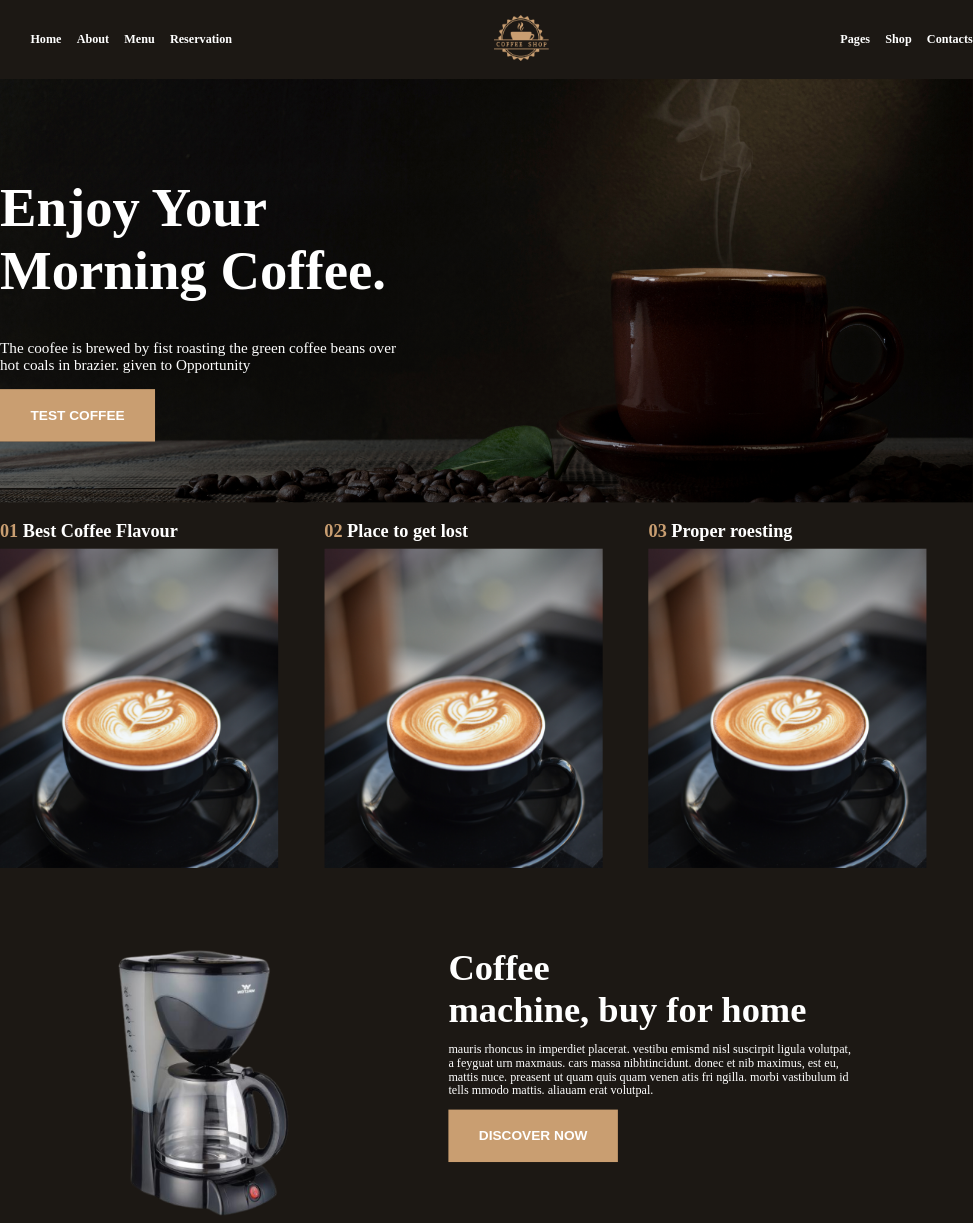
Repository: SitoraRashidova/CoffeShop_Figma
Page: /
These files come from the project's save history. The page is drawn as it stood at one moment and after the next save; the edit follows.
The browser window is 1280 px wide. The pictures show the whole page, at 76% of full size.
The project was rebuilt for these pictures with package versions that can differ from the ones it lists, and the page was loaded fresh each time. Also part of the build but not shown: vite.config.js.

Above is the page before, as saved 2024-11-25 00:40:54.

After the next save:
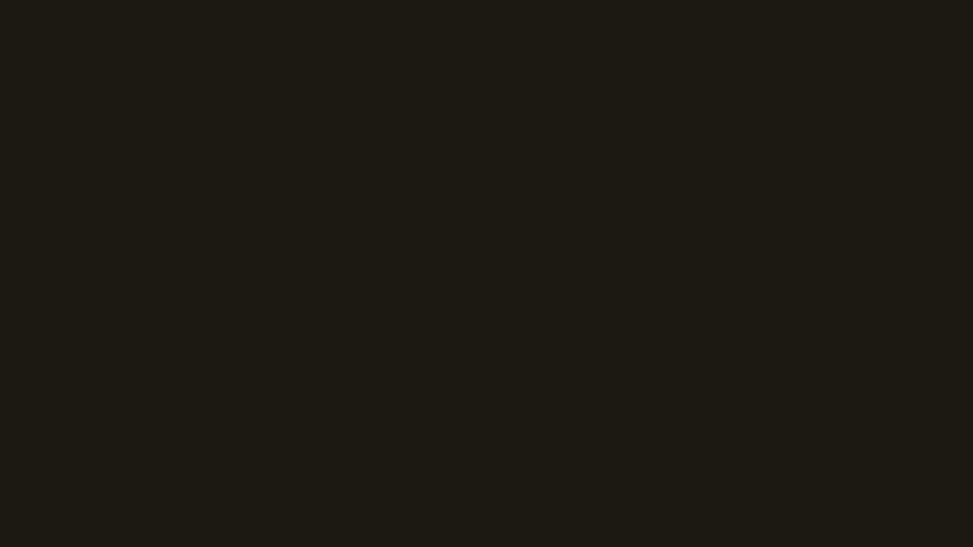
Console error: ReferenceError: BlenderImage is not defined
Saved 12 s later.
--- a/src/components/discower-coffee.tsx
+++ b/src/components/discower-coffee.tsx
@@ -1,5 +1,5 @@
 import React from "react";
-import BlenderImage from '../assets/blender.png'
+// import BlenderImage from '../assets/blender.png'
 
 const DiscowerCoffee = () => {
   return (

After the save that followed:
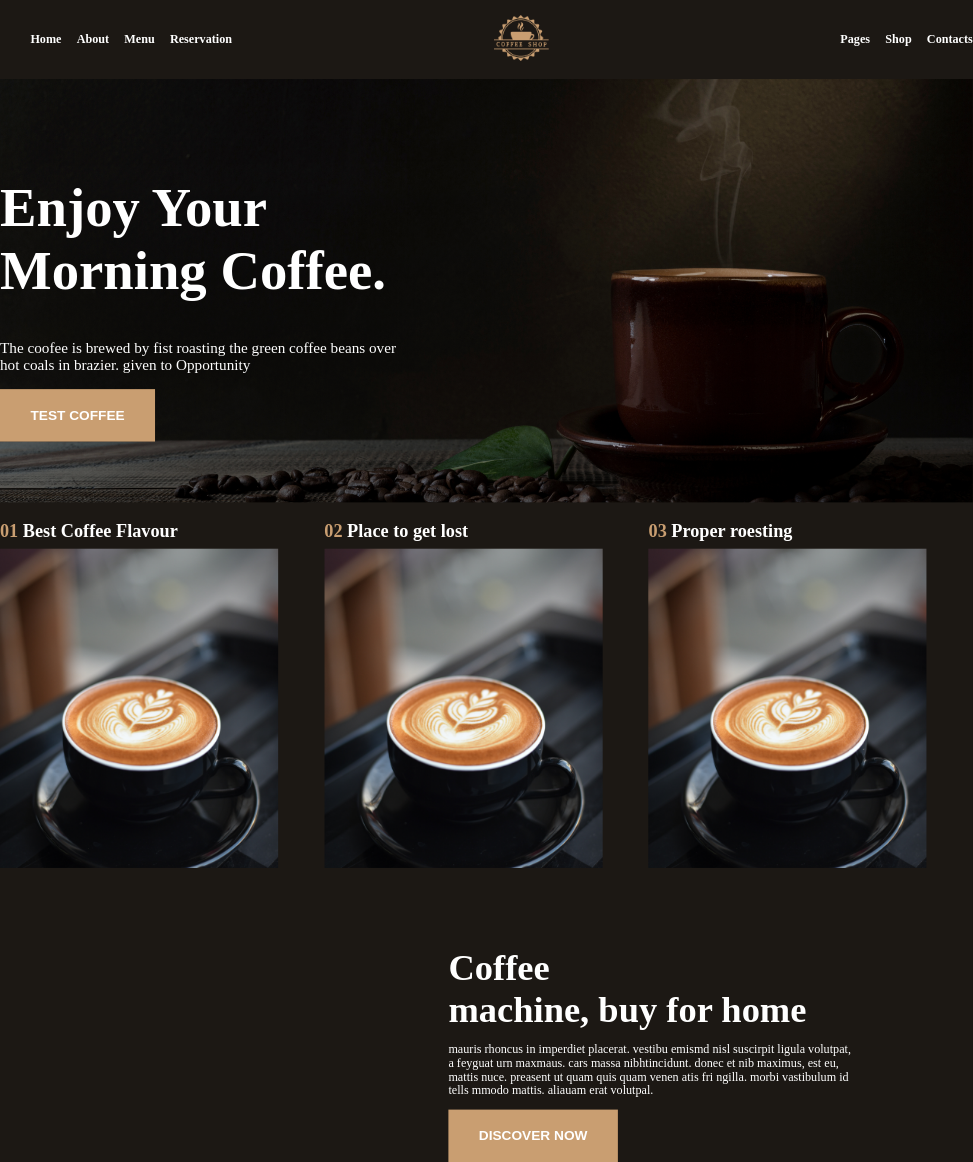
The error is gone.
Saved 4 s later.
--- a/src/components/discower-coffee.tsx
+++ b/src/components/discower-coffee.tsx
@@ -6,7 +6,7 @@ const DiscowerCoffee = () => {
     <div className="container">
       <div className="discower-wrapper">
         <div>
-          <img src={BlenderImage} alt="Coffee machine, buy for home" />
+          {/* <img src={BlenderImage} alt="Coffee machine, buy for home" /> */}
         </div>
         <div className="discover-card">
           <h3>Coffee <br /> machine, buy for home</h3>
